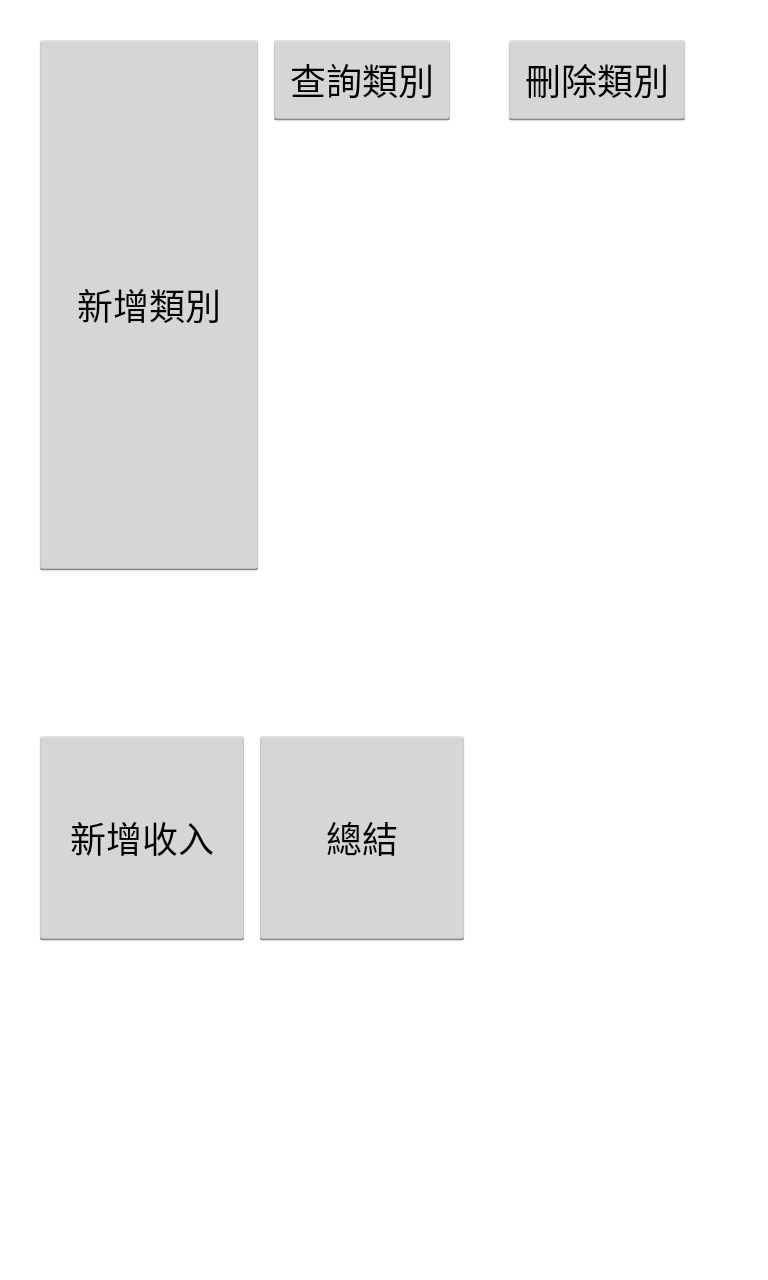
Repository: rayyrayy/Android-app-project
Layout: flashaccounting/easy money manager/res/layout/activity_main.xml
These files come from the project's save history. The layout is drawn as it stood at one moment and after the next save; the edit follows.
It is drawn on a 768 x 1280 px phone screen (xhdpi) without system bars, with theme AppTheme; the app's code is not run.

Above is the layout before, as saved 2014-10-29 06:12:26.

### flashaccounting/easy money manager/res/layout/activity_main.xml
<RelativeLayout xmlns:android="http://schemas.android.com/apk/res/android"
    xmlns:tools="http://schemas.android.com/tools"
    android:layout_width="fill_parent"
    android:layout_height="fill_parent"
    android:paddingBottom="@dimen/activity_vertical_margin"
    android:paddingLeft="@dimen/activity_horizontal_margin"
    android:paddingRight="@dimen/activity_horizontal_margin"
    android:paddingTop="@dimen/activity_vertical_margin"
    tools:context="com.example.easymoneymanager.MainActivity" >

    <LinearLayout
    android:layout_width="fill_parent"
   	android:layout_height="fill_parent"
	android:orientation="vertical">

   <LinearLayout
    android:layout_width="fill_parent"
   	android:layout_height="wrap_content"
   	android:layout_weight="3"
   	android:orientation="horizontal">

   	    <LinearLayout
    	android:layout_width="wrap_content"
   		android:layout_height="fill_parent"
   		android:layout_weight="1"
   		android:orientation="horizontal">

    		<Button
        	android:id="@+id/AddClass"
        	android:layout_width="fill_parent"
        	android:layout_height="fill_parent"
        	android:text="新增類別" />

		</LinearLayout>

   		<LinearLayout
       	android:layout_width="wrap_content"
   		android:layout_height="fill_parent"
   		android:layout_weight="1"
   		android:orientation="horizontal">

   		    <Button
        	android:id="@+id/button1"
        	android:layout_width="wrap_content"
        	android:layout_height="wrap_content"
        	android:onClick="querytable"
        	android:text="查詢類別" />

    	</LinearLayout>

   		<LinearLayout
       	android:layout_width="wrap_content"
   		android:layout_height="fill_parent"
   		android:layout_weight="1"
   		android:orientation="horizontal">

    		<Button
        	android:id="@+id/DelClass"
        	android:layout_width="wrap_content"
        	android:layout_height="wrap_content"
        	android:onClick="DelClass"
        	android:text="刪除類別" />

  	  	</LinearLayout>

	</LinearLayout>

   	<LinearLayout
    android:layout_width="fill_parent"
    android:layout_height="wrap_content"
   	android:layout_weight="1"
   	android:orientation="horizontal">

	    <GridLayout
  	      android:id="@+id/gridLayout1"
	      android:layout_width="wrap_content"
 	      android:layout_height="wrap_content"
 	      android:columnCount="3"
  	      android:orientation="horizontal"
  	      android:rowCount="3" >
 	   </GridLayout>

    </LinearLayout>


   	<LinearLayout
    android:layout_width="fill_parent"
    android:layout_height="wrap_content"
   	android:layout_weight="2"
   	android:orientation="horizontal">

  		<Button
        android:id="@+id/button3"
        android:layout_width="110dp"
        android:layout_height="110dp"
        android:text="新增收入" />

  		<Button
        android:id="@+id/button4"
        android:layout_width="110dp"
        android:layout_height="110dp"
        android:text="總結" />

    </LinearLayout>

   	</LinearLayout>
</RelativeLayout>

Loaded but not shown: flashaccounting/easy money manager/res/values/styles.xml (common file); flashaccounting/easy money manager/res/values-v11/styles.xml (common file); flashaccounting/easy money manager/res/values-v14/styles.xml (common file); flashaccounting/easy money manager/res/values/dimens.xml (common file); flashaccounting/easy money manager/res/values-w820dp/dimens.xml (common file)

After the next save:
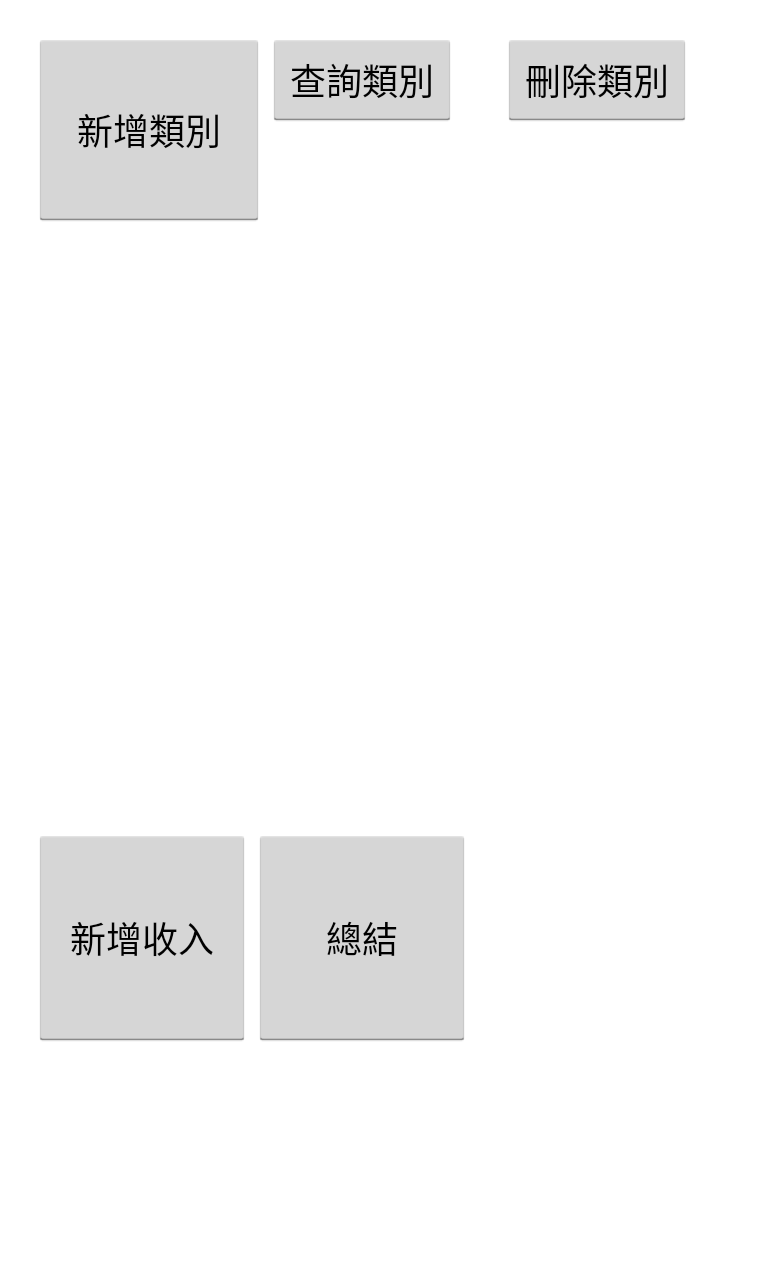
Saved 52 s later.
--- a/flashaccounting/easy money manager/res/layout/activity_main.xml
+++ b/flashaccounting/easy money manager/res/layout/activity_main.xml
@@ -16,7 +16,7 @@
    <LinearLayout
     android:layout_width="fill_parent"
    	android:layout_height="wrap_content"
-   	android:layout_weight="3"
+   	android:layout_weight="1"
    	android:orientation="horizontal">
 
    	    <LinearLayout
@@ -68,7 +68,7 @@
    	<LinearLayout
     android:layout_width="fill_parent"
     android:layout_height="wrap_content"
-   	android:layout_weight="1"
+   	android:layout_weight="6"
    	android:orientation="horizontal">
 
 	    <GridLayout
